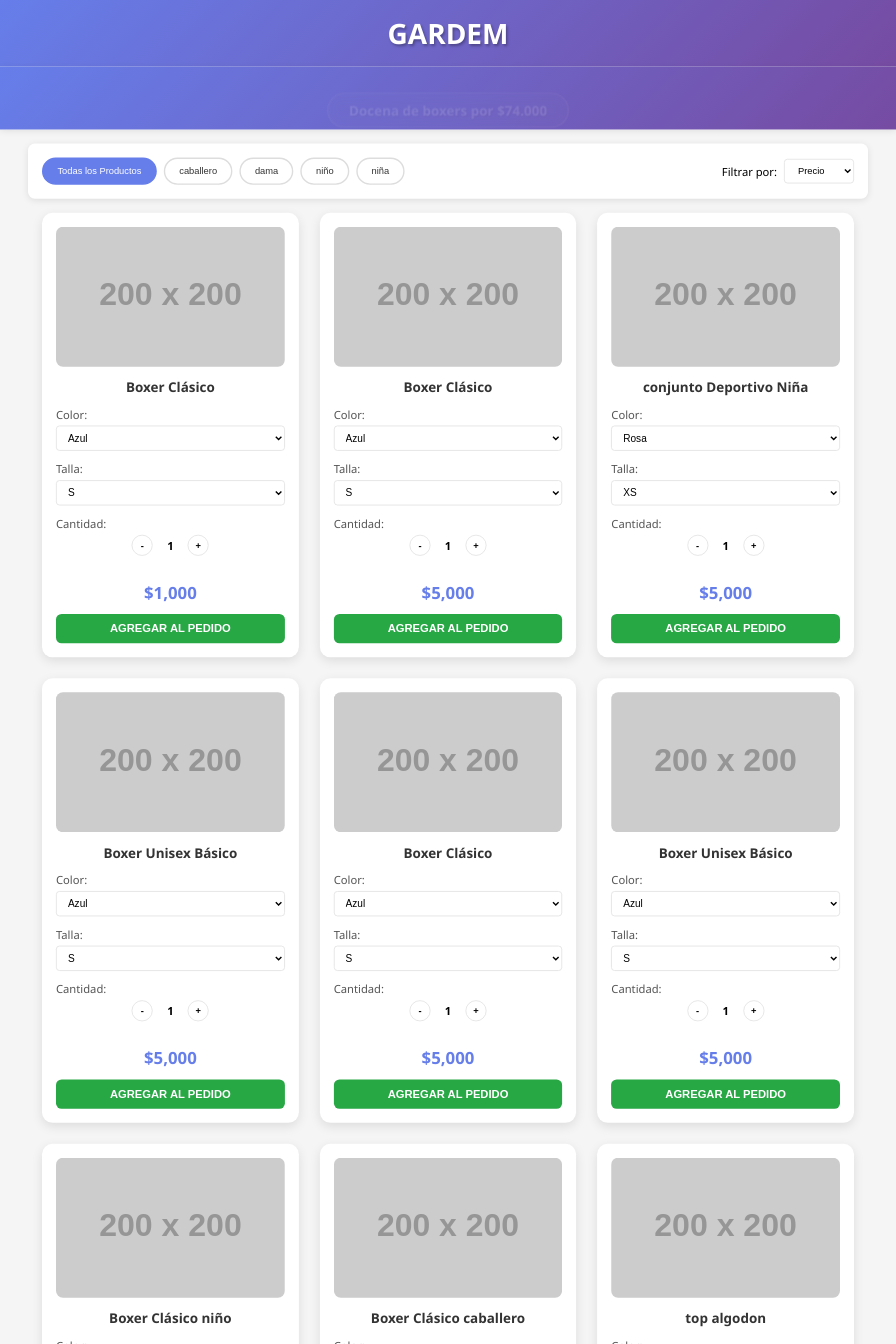
Repository: dasalgar123/gardem_react
Page: /
The author's editor kept a copy of each file at every save. The page is drawn from the files as they stood at one save, then again after the next save.
The browser window is 1280 px wide. The pictures show the part of the page from y = 0 to 1920 px (the page is 2984 px tall), at 70% of full size.
The project was rebuilt for these pictures with package versions that can differ from the ones it lists, and the page was loaded fresh each time.

Above is the page before, as saved 2025-08-02 17:10:37.

### src/App.js
import React, { useState, useEffect } from 'react';
import './App.css';

function App() {
  // Estado para el carrito de compras
  const [carrito, setCarrito] = useState([]);
  const [filtroCategoria, setFiltroCategoria] = useState('Todas los Productos');
  const [promocionActual, setPromocionActual] = useState(0);

  // Promociones para el carrusel
  const promociones = [
    "Envíos a todo el país!",
    "Envíos gratis a Cúcuta centro",
    "Docena de boxers por $74.000",
    "Aprovecha nuestras promociones!"
  ];

  // Carrusel automático de promociones
  useEffect(() => {
    const interval = setInterval(() => {
      setPromocionActual((prev) => (prev + 1) % promociones.length);
    }, 3000); // Cambia cada 3 segundos

    return () => clearInterval(interval);
  }, [promociones.length]);

  // Datos de productos de Gardem
  const productos = [
    {
      id: 1,
      nombre: "Boxer Clásico",
      precio: 1000,
      categoria: "caballero",
      imagen: "https://via.placeholder.com/200x200/0066cc/ffffff?text=Boxer+Azul",
      colores: ["Azul", "Rojo", "Verde", "Negro"],
      tallas: ["S", "M", "L", "XL"]
    },
    {
      id: 2,
      nombre: "Boxer Clásico",
      precio: 5000,
      categoria: "caballero",
      imagen: "https://via.placeholder.com/200x200/cc0000/ffffff?text=Boxer+Rojo",
      colores: ["Azul", "Rojo", "Verde", "Negro"],
      tallas: ["S", "M", "L", "XL"]
    },
    {
      id: 3,
      nombre: "conjunto Deportivo Niña",
      precio: 5000,
      categoria: "niña",
      imagen: "https://via.placeholder.com/200x200/ff99cc/ffffff?text=Conjunto+Niña",
      colores: ["Rosa", "Azul", "Verde"],
      tallas: ["XS", "S", "M", "L"]
    },
    {
      id: 4,
      nombre: "Boxer Unisex Básico",
      precio: 5000,
      categoria: "caballero",
      imagen: "https://via.placeholder.com/200x200/99cc00/ffffff?text=Boxer+Verde",
      colores: ["Azul", "Rojo", "Verde", "Negro"],
      tallas: ["S", "M", "L", "XL"]
    },
    {
      id: 5,
      nombre: "Boxer Clásico",
      precio: 5000,
      categoria: "caballero",
      imagen: "https://via.placeholder.com/200x200/00cc00/ffffff?text=Boxer+Verde",
      colores: ["Azul", "Rojo", "Verde", "Negro"],
      tallas: ["S", "M", "L", "XL"]
    },
    {
      id: 6,
      nombre: "Boxer Unisex Básico",
      precio: 5000,
      categoria: "caballero",
      imagen: "https://via.placeholder.com/200x200/00cccc/ffffff?text=Boxer+Teal",
      colores: ["Azul", "Rojo", "Verde", "Negro"],
      tallas: ["S", "M", "L", "XL"]
    },
    {
      id: 7,
      nombre: "Boxer Clásico niño",
      precio: 5000,
      categoria: "niño",
      imagen: "https://via.placeholder.com/200x200/6699ff/ffffff?text=Boxer+Niño",
      colores: ["Azul", "Rojo", "Verde", "Negro"],
      tallas: ["XS", "S", "M", "L"]
    },
    {
      id: 8,
      nombre: "Boxer Clásico caballero",
      precio: 5000,
      categoria: "caballero",
      imagen: "https://via.placeholder.com/200x200/003366/ffffff?text=Boxer+Azul+Oscuro",
      colores: ["Azul", "Rojo", "Verde", "Negro"],
      tallas: ["S", "M", "L", "XL"]
    },
    {
      id: 9,
      nombre: "top algodon",
      precio: 10000,
      categoria: "dama",
      imagen: "https://via.placeholder.com/200x200/ffcc99/ffffff?text=Top+Algodón",
      colores: ["Rosa", "Azul", "Verde", "Negro"],
      tallas: ["XS", "S", "M", "L", "XL"]
    },
    {
      id: 10,
      nombre: "top niña",
      precio: 10000,
      categoria: "niña",
      imagen: "https://via.placeholder.com/200x200/ff99cc/ffffff?text=Top+Niña",
      colores: ["Rosa", "Azul", "Verde", "Amarillo"],
      tallas: ["XS", "S", "M", "L"]
    },
    {
      id: 11,
      nombre: "pantalon",
      precio: 5000,
      categoria: "caballero",
      imagen: "https://via.placeholder.com/200x200/999999/ffffff?text=Pantalón",
      colores: ["Negro", "Azul", "Gris"],
      tallas: ["S", "M", "L", "XL"]
    }
  ];

  // Filtrar productos por categoría
  const productosFiltrados = filtroCategoria === 'Todas los Productos'
    ? productos
    : productos.filter(p => p.categoria === filtroCategoria);

  // Agregar producto al carrito
  const agregarAlCarrito = (producto, color, talla, cantidad) => {
    const item = {
      ...producto,
      color,
      talla,
      cantidad: parseInt(cantidad)
    };
    setCarrito([...carrito, item]);
  };

  // Calcular total del carrito
  const totalCarrito = carrito.reduce((total, item) => total + (item.precio * item.cantidad), 0);

  return (
    <div className="App">
      {/* Header */}
      <header className="header">
        <div className="header-content">
          <h1 className="logo">GARDEM</h1>
        </div>
      </header>

      {/* Carrusel de Promociones */}
      <div className="carrusel-container">
        <div className="carrusel-promociones">
          <p className="promocion-activa">{promociones[promocionActual]}</p>
        </div>
      </div>

      {/* Filtros */}
      <div className="filtros">
        <div className="filtro-categorias">
          <button
            className={filtroCategoria === 'Todas los Productos' ? 'activo' : ''}
            onClick={() => setFiltroCategoria('Todas los Productos')}
          >
            Todas los Productos
          </button>
          <button
            className={filtroCategoria === 'caballero' ? 'activo' : ''}
            onClick={() => setFiltroCategoria('caballero')}
          >
            caballero
          </button>
          <button
            className={filtroCategoria === 'dama' ? 'activo' : ''}
            onClick={() => setFiltroCategoria('dama')}
          >
            dama
          </button>
          <button
            className={filtroCategoria === 'niño' ? 'activo' : ''}
            onClick={() => setFiltroCategoria('niño')}
          >
            niño
          </button>
          <button
            className={filtroCategoria === 'niña' ? 'activo' : ''}
            onClick={() => setFiltroCategoria('niña')}
          >
            niña
          </button>
        </div>
        <div className="filtro-extra">
          <span>Filtrar por:</span>
          <select>
            <option>Precio</option>
            <option>Nombre</option>
          </select>
        </div>
      </div>

      {/* Grid de Productos */}
      <div className="productos-grid">
        {productosFiltrados.map((producto) => (
          <ProductoCard
            key={producto.id}
            producto={producto}
            onAgregar={agregarAlCarrito}
          />
        ))}
      </div>

      {/* Carrito */}
      {carrito.length > 0 && (
        <div className="carrito">
          <h3>Tu Pedido ({carrito.length} productos)</h3>
          <div className="carrito-items">
            {carrito.map((item, index) => (
              <div key={index} className="carrito-item">
                <img src={item.imagen} alt={item.nombre} />
                <div>
                  <h4>{item.nombre}</h4>
                  <p>Color: {item.color} | Talla: {item.talla}</p>
                  <p>Cantidad: {item.cantidad}</p>
                  <p>Precio: ${item.precio.toLocaleString()}</p>
                </div>
              </div>
            ))}
          </div>
          <div className="carrito-total">
            <h4>Total: ${totalCarrito.toLocaleString()}</h4>
            <button className="btn-whatsapp">
              Enviar Pedido por WhatsApp
            </button>
          </div>
        </div>
      )}
    </div>
  );
}

// Componente ProductoCard
function ProductoCard({ producto, onAgregar }) {
  const [color, setColor] = useState(producto.colores[0]);
  const [talla, setTalla] = useState(producto.tallas[0]);
  const [cantidad, setCantidad] = useState(1);

  const handleAgregar = () => {
    onAgregar(producto, color, talla, cantidad);
  };

  return (
    <div className="producto-card">
      <img src={producto.imagen} alt={producto.nombre} />
      <h3>{producto.nombre}</h3>

      <div className="producto-opciones">
        <div className="opcion">
          <label>Color:</label>
          <select value={color} onChange={(e) => setColor(e.target.value)}>
            {producto.colores.map(c => (
              <option key={c} value={c}>{c}</option>
            ))}
          </select>
        </div>

        <div className="opcion">
          <label>Talla:</label>
          <select value={talla} onChange={(e) => setTalla(e.target.value)}>
            {producto.tallas.map(t => (
              <option key={t} value={t}>{t}</option>
            ))}
          </select>
        </div>

        <div className="opcion">
          <label>Cantidad:</label>
          <div className="cantidad-control">
            <button onClick={() => setCantidad(Math.max(1, cantidad - 1))}>-</button>
            <span>{cantidad}</span>
            <button onClick={() => setCantidad(cantidad + 1)}>+</button>
          </div>
        </div>
      </div>

      <div className="producto-precio">
        <span className="precio">${producto.precio.toLocaleString()}</span>
      </div>

      <button className="btn-agregar" onClick={handleAgregar}>
        AGREGAR AL PEDIDO
      </button>
    </div>
  );
}

export default App;

### src/App.css
/* Estilos generales */
* {
  margin: 0;
  padding: 0;
  box-sizing: border-box;
}

body {
  font-family: 'Segoe UI', Tahoma, Geneva, Verdana, sans-serif;
  background-color: #f5f5f5;
}

.App {
  min-height: 100vh;
}

/* Header */
.header {
  background: linear-gradient(135deg, #667eea 0%, #764ba2 100%);
  color: white;
  padding: 20px 0;
  box-shadow: 0 2px 10px rgba(0,0,0,0.1);
}

.header-content {
  max-width: 1200px;
  margin: 0 auto;
  padding: 0 20px;
  display: flex;
  justify-content: center;
  align-items: center;
}

.logo {
  font-size: 2.5rem;
  font-weight: bold;
  text-shadow: 2px 2px 4px rgba(0,0,0,0.3);
}

/* Carrusel de Promociones */
.carrusel-container {
  width: 100%;
  background: linear-gradient(135deg, #667eea 0%, #764ba2 100%);
  padding: 15px 0;
  box-shadow: 0 2px 10px rgba(0,0,0,0.1);
}

.carrusel-promociones {
  width: 100%;
  display: flex;
  justify-content: center;
  align-items: center;
  height: 60px;
}

.promocion-activa {
  margin: 0;
  font-size: 1.2rem;
  font-weight: 600;
  color: white;
  animation: fadeInOut 3s ease-in-out infinite;
  text-align: center;
  padding: 10px 30px;
  background: rgba(255,255,255,0.15);
  border-radius: 30px;
  backdrop-filter: blur(10px);
  border: 2px solid rgba(255,255,255,0.3);
  text-shadow: 1px 1px 2px rgba(0,0,0,0.3);
}

@keyframes fadeInOut {
  0%, 100% {
    opacity: 0;
    transform: translateY(20px);
  }
  10%, 90% {
    opacity: 1;
    transform: translateY(0);
  }
}

/* Filtros */
.filtros {
  background: white;
  padding: 20px;
  margin: 20px auto;
  max-width: 1200px;
  border-radius: 10px;
  box-shadow: 0 2px 10px rgba(0,0,0,0.1);
  display: flex;
  justify-content: space-between;
  align-items: center;
  flex-wrap: wrap;
  gap: 20px;
}

.filtro-categorias {
  display: flex;
  gap: 10px;
  flex-wrap: wrap;
}

.filtro-categorias button {
  padding: 10px 20px;
  border: 2px solid #ddd;
  background: white;
  color: #333;
  border-radius: 25px;
  cursor: pointer;
  transition: all 0.3s ease;
  font-weight: 500;
}

.filtro-categorias button:hover {
  border-color: #667eea;
  color: #667eea;
}

.filtro-categorias button.activo {
  background: #667eea;
  color: white;
  border-color: #667eea;
}

.filtro-extra {
  display: flex;
  align-items: center;
  gap: 10px;
}

.filtro-extra select {
  padding: 8px 15px;
  border: 1px solid #ddd;
  border-radius: 5px;
  background: white;
}

/* Grid de Productos */
.productos-grid {
  max-width: 1200px;
  margin: 0 auto;
  padding: 0 20px;
  display: grid;
  grid-template-columns: repeat(auto-fill, minmax(280px, 1fr));
  gap: 30px;
  margin-bottom: 50px;
}

/* Tarjeta de Producto */
.producto-card {
  background: white;
  border-radius: 15px;
  padding: 20px;
  box-shadow: 0 5px 15px rgba(0,0,0,0.1);
  transition: transform 0.3s ease, box-shadow 0.3s ease;
  display: flex;
  flex-direction: column;
}

.producto-card:hover {
  transform: translateY(-5px);
  box-shadow: 0 10px 25px rgba(0,0,0,0.15);
}

.producto-card img {
  width: 100%;
  height: 200px;
  object-fit: cover;
  border-radius: 10px;
  margin-bottom: 15px;
}

.producto-card h3 {
  font-size: 1.2rem;
  margin-bottom: 15px;
  color: #333;
  text-align: center;
}

.producto-opciones {
  margin-bottom: 20px;
}

.opcion {
  margin-bottom: 15px;
}

.opcion label {
  display: block;
  margin-bottom: 5px;
  font-weight: 500;
  color: #555;
}

.opcion select {
  width: 100%;
  padding: 8px 12px;
  border: 1px solid #ddd;
  border-radius: 5px;
  background: white;
  font-size: 0.9rem;
}

.cantidad-control {
  display: flex;
  align-items: center;
  gap: 10px;
  justify-content: center;
}

.cantidad-control button {
  width: 30px;
  height: 30px;
  border: 1px solid #ddd;
  background: white;
  border-radius: 50%;
  cursor: pointer;
  font-weight: bold;
  transition: all 0.3s ease;
}

.cantidad-control button:hover {
  background: #667eea;
  color: white;
  border-color: #667eea;
}

.cantidad-control span {
  font-weight: bold;
  min-width: 30px;
  text-align: center;
}

.producto-precio {
  text-align: center;
  margin-bottom: 15px;
}

.precio {
  font-size: 1.5rem;
  font-weight: bold;
  color: #667eea;
}

.btn-agregar {
  width: 100%;
  padding: 12px;
  background: #28a745;
  color: white;
  border: none;
  border-radius: 8px;
  font-weight: bold;
  cursor: pointer;
  transition: background 0.3s ease;
  font-size: 1rem;
}

.btn-agregar:hover {
  background: #218838;
}

/* Carrito */
.carrito {
  position: fixed;
  bottom: 0;
  left: 0;
  right: 0;
  background: white;
  border-top: 3px solid #667eea;
  padding: 20px;
  box-shadow: 0 -5px 15px rgba(0,0,0,0.1);
  max-height: 60vh;
  overflow-y: auto;
}

.carrito h3 {
  color: #333;
  margin-bottom: 15px;
  text-align: center;
}

.carrito-items {
  display: grid;
  grid-template-columns: repeat(auto-fill, minmax(250px, 1fr));
  gap: 15px;
  margin-bottom: 20px;
}

.carrito-item {
  display: flex;
  gap: 15px;
  padding: 15px;
  background: #f8f9fa;
  border-radius: 10px;
  align-items: center;
}

.carrito-item img {
  width: 60px;
  height: 60px;
  object-fit: cover;
  border-radius: 5px;
}

.carrito-item h4 {
  font-size: 1rem;
  margin-bottom: 5px;
  color: #333;
}

.carrito-item p {
  font-size: 0.9rem;
  color: #666;
  margin: 2px 0;
}

.carrito-total {
  text-align: center;
  border-top: 2px solid #eee;
  padding-top: 15px;
}

.carrito-total h4 {
  font-size: 1.3rem;
  color: #667eea;
  margin-bottom: 15px;
}

.btn-whatsapp {
  background: #25d366;
  color: white;
  border: none;
  padding: 12px 25px;
  border-radius: 25px;
  font-weight: bold;
  cursor: pointer;
  transition: background 0.3s ease;
  font-size: 1rem;
}

.btn-whatsapp:hover {
  background: #128c7e;
}

/* Responsive */
@media (max-width: 768px) {
  .header-content {
    flex-direction: column;
    text-align: center;
    gap: 15px;
  }

  .logo {
    font-size: 2rem;
  }

  .carrusel-promociones {
    height: 50px;
  }

  .promocion-activa {
    font-size: 1rem;
    padding: 8px 20px;
  }

  .filtros {
    flex-direction: column;
    align-items: stretch;
  }

  .filtro-categorias {
    justify-content: center;
  }

  .productos-grid {
    grid-template-columns: repeat(auto-fill, minmax(250px, 1fr));
    gap: 20px;
  }

  .carrito-items {
    grid-template-columns: 1fr;
  }
}

Loaded but not shown: public/index.html (common file); src/index.js (common file); src/index.css (common file); src/reportWebVitals.js (common file)

After the next save:
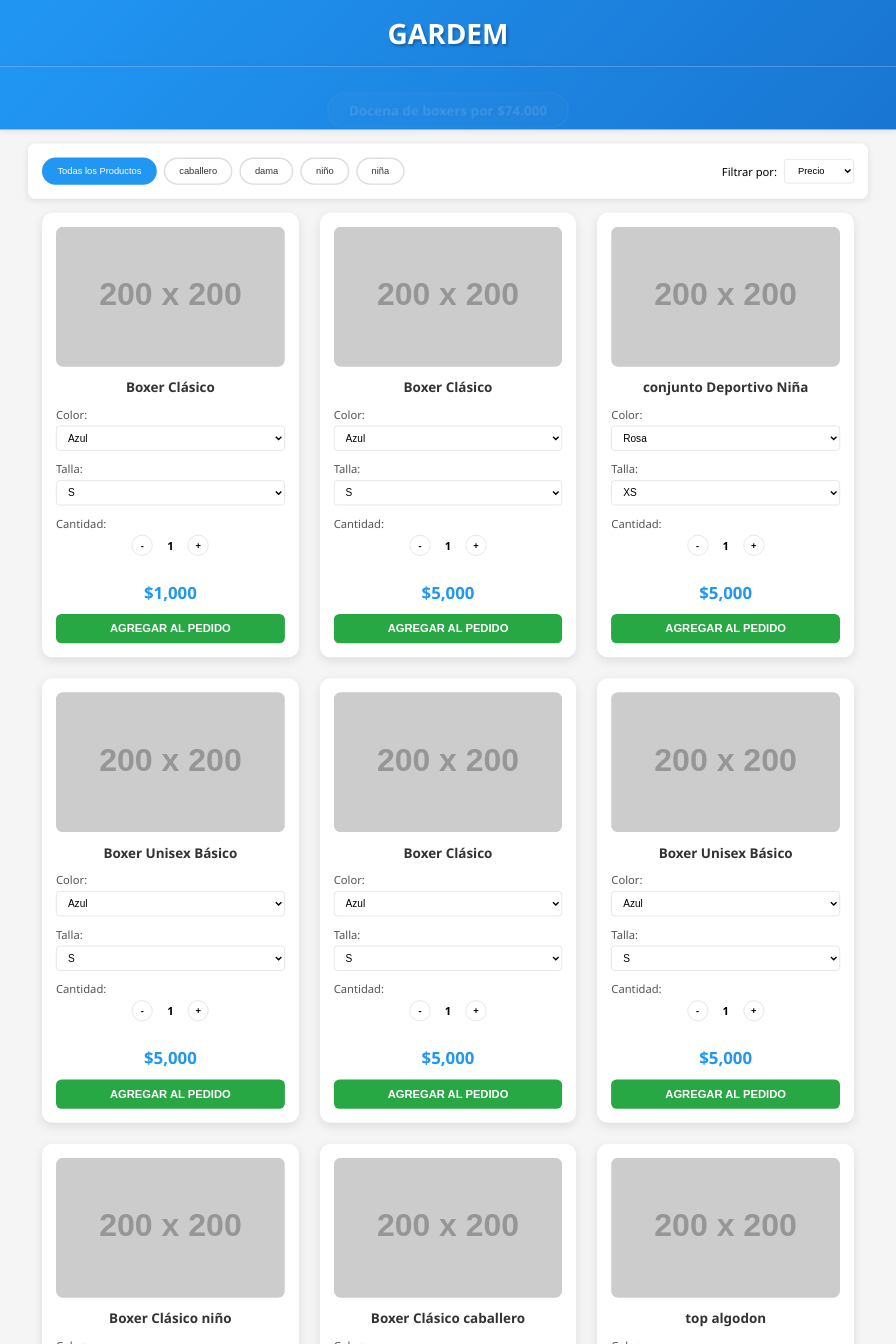
Saved 6 min 15 s later.
--- a/src/App.css
+++ b/src/App.css
@@ -16,7 +16,7 @@
 
 /* Header */
 .header {
-  background: linear-gradient(135deg, #667eea 0%, #764ba2 100%);
+  background: linear-gradient(135deg, #2196F3 0%, #1976D2 100%);
   color: white;
   padding: 20px 0;
   box-shadow: 0 2px 10px rgba(0,0,0,0.1);
@@ -40,7 +40,7 @@
 /* Carrusel de Promociones */
 .carrusel-container {
   width: 100%;
-  background: linear-gradient(135deg, #667eea 0%, #764ba2 100%);
+  background: linear-gradient(135deg, #2196F3 0%, #1976D2 100%);
   padding: 15px 0;
   box-shadow: 0 2px 10px rgba(0,0,0,0.1);
 }
@@ -112,14 +112,14 @@
 }
 
 .filtro-categorias button:hover {
-  border-color: #667eea;
-  color: #667eea;
+  border-color: #2196F3;
+  color: #2196F3;
 }
 
 .filtro-categorias button.activo {
-  background: #667eea;
-  color: white;
-  border-color: #667eea;
+  background: #2196F3;
+  color: white;
+  border-color: #2196F3;
 }
 
 .filtro-extra {
@@ -220,9 +220,9 @@
 }
 
 .cantidad-control button:hover {
-  background: #667eea;
-  color: white;
-  border-color: #667eea;
+  background: #2196F3;
+  color: white;
+  border-color: #2196F3;
 }
 
 .cantidad-control span {
@@ -239,7 +239,7 @@
 .precio {
   font-size: 1.5rem;
   font-weight: bold;
-  color: #667eea;
+  color: #2196F3;
 }
 
 .btn-agregar {
@@ -266,7 +266,7 @@
   left: 0;
   right: 0;
   background: white;
-  border-top: 3px solid #667eea;
+  border-top: 3px solid #2196F3;
   padding: 20px;
   box-shadow: 0 -5px 15px rgba(0,0,0,0.1);
   max-height: 60vh;
@@ -322,7 +322,7 @@
 
 .carrito-total h4 {
   font-size: 1.3rem;
-  color: #667eea;
+  color: #2196F3;
   margin-bottom: 15px;
 }
 
